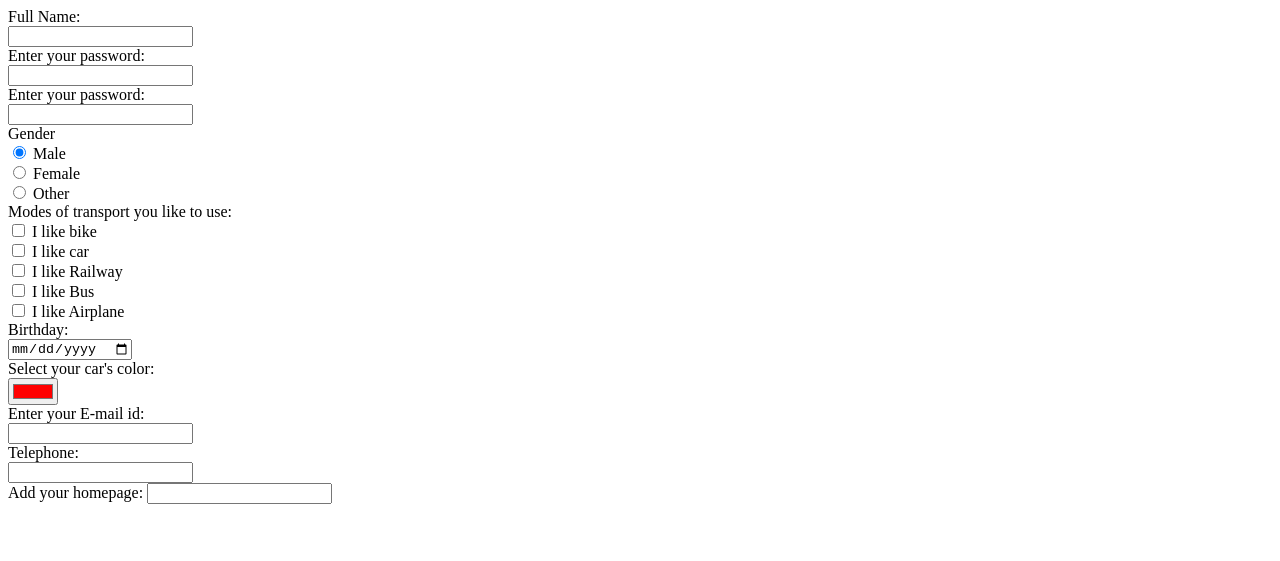
Repository: AdityaParashar93/Homework1_CMPE273
Page: CMPE273/Refresher_JS/WebContent/InputTypes.html
These files come from the project's save history. The page is drawn as it stood at one moment and after the next save; the edit follows.
The browser window is 1280 px wide. The pictures show the whole page.

Above is the page before, as saved 2016-09-16 05:48:53.

After the next save:
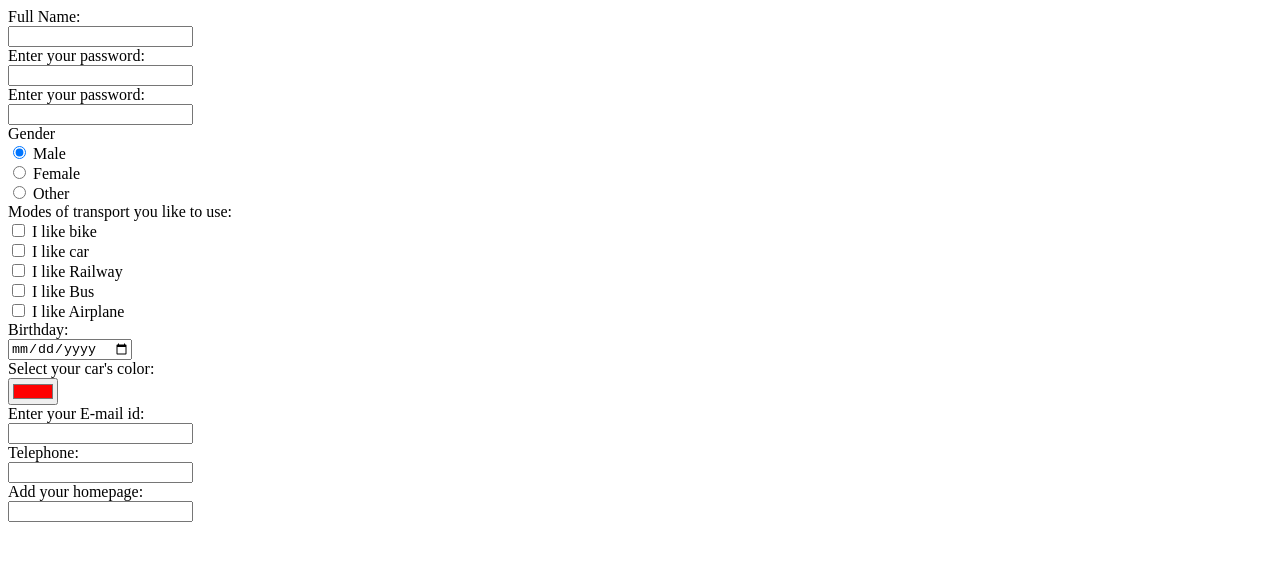
Saved 9 s later.
--- a/CMPE273/Refresher_JS/WebContent/InputTypes.html
+++ b/CMPE273/Refresher_JS/WebContent/InputTypes.html
@@ -30,8 +30,8 @@ Enter your E-mail id:<br>
 <input type="email" name="email"><br>
 Telephone:<br>
 <input type="tel" name="usrtel"><br>
-Add your homepage:
-<input type="url" name="homepage">
+Add your homepage:<br>
+<input type="url" name="homepage"><br>
 </form>
 </body>
 </html>
